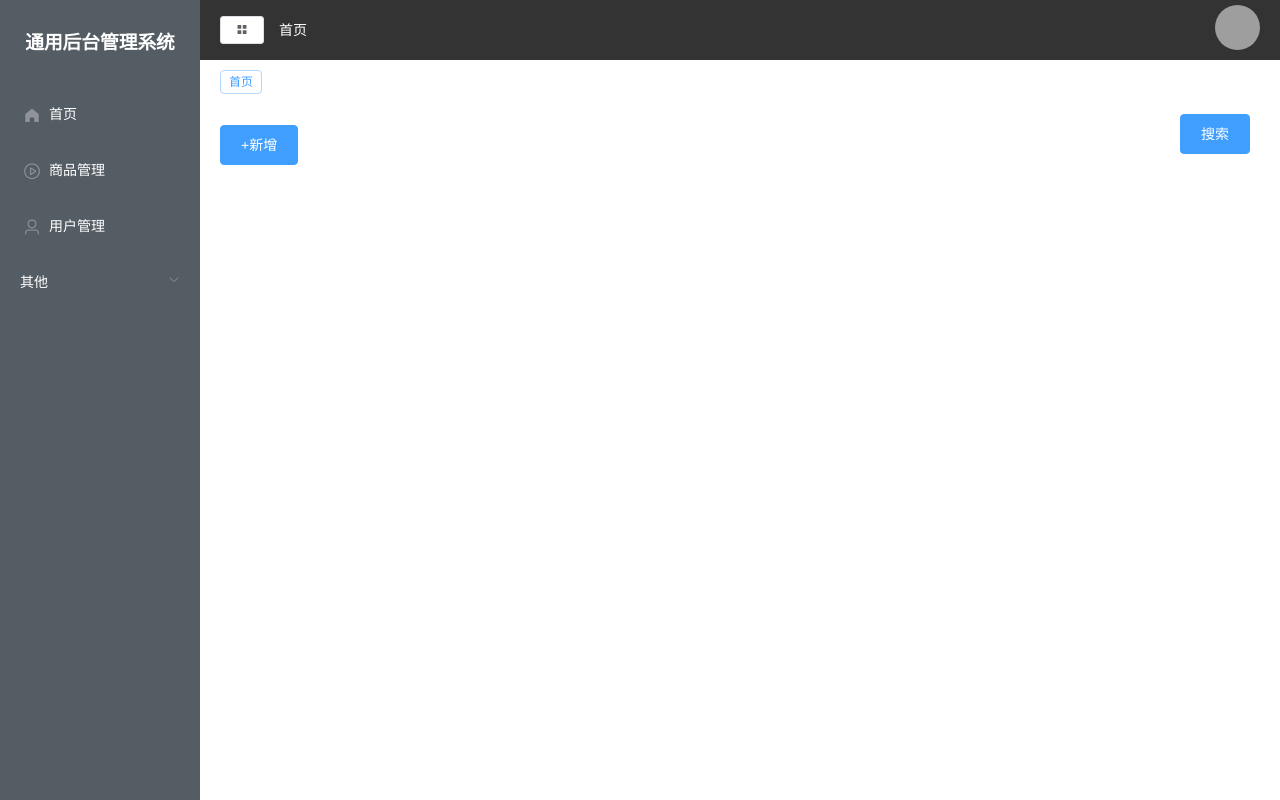
Repository: zhangwen001208/cmd
Page: /user
The author's editor kept a copy of each file at every save. The page is drawn from the files as they stood at one save, then again after the next save.
The browser window is 1280 px wide. The pictures show the whole page.
Pictures or frames that could not be fetched are drawn as grey boxes. The project was rebuilt for these pictures with package versions that can differ from the ones it lists, and the page was loaded fresh each time. Also part of the build but not shown: vue.config.js.

Above is the page before, as saved 2022-08-31 09:50:50.

After the next save:
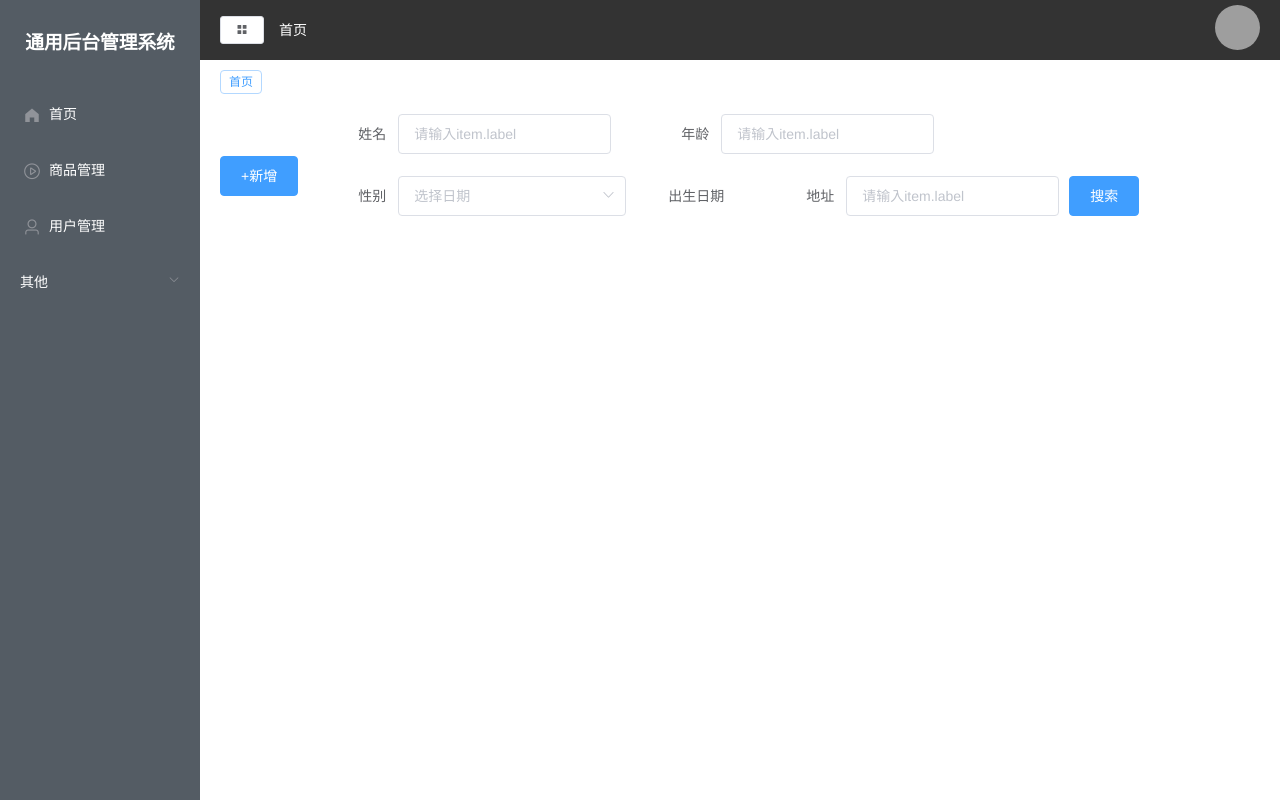
Saved 3 min 49 s later.
--- a/src/components/commonForm.vue
+++ b/src/components/commonForm.vue
@@ -2,16 +2,16 @@
 <template>
     <div>
         <el-form ref="form" label-width= '100px' :model= 'form' :inline= 'inline'>
-            <el-form-item v-for=" item in formLabel" :key="item.label" :label="item.label">
+            <el-form-item v-for=" item in opertateFormLabel" :key="item.label" :label="item.label">
                 <el-input
                 v-if = "item.type === 'input'"
                 :placeholder="'请输入' + 'item.label'"
-                :v-model="form[item.model]"
+                v-model="form[item.model]"
                 >
                 </el-input>
                 <el-switch
                  v-if = "item.type === 'switch'"
-                 :v-mode= "form[item.model]"
+                 v-mode= "form[item.model]"
                 >
                 </el-switch>
                 <el-data-picker
@@ -19,7 +19,7 @@
                 type='data'
                 value-format = 'yyyy-MM-dd'
                 placeholder="选择日期"
-                :v-mode= "form[item.model]"
+                v-mode= "form[item.model]"
                 >
                 </el-data-picker>
                 <el-select
@@ -30,7 +30,7 @@
                 v-for="item in item.opts"
                 :key="item.value"
                 :label="item.label"
-                :value="item.value"
+                value="item.value"
                 >
 
                 </el-option>
@@ -54,6 +54,52 @@
             form:Object,
             inline: Boolean
 
+        },
+        data() {
+            return {
+                opertateFormLabel: [
+                {
+                    model: 'name',
+                    label: '姓名',
+                    type: 'input'
+                },
+                {
+                    model: 'age',
+                    label: '年龄',
+                    type: 'input'
+                },
+                {
+                    model: 'sex',
+                    label: '性别',
+                    type: 'select',
+                    opts: [
+                        {
+                            label: '男',
+                            value: 1
+                        },
+                        {
+                            label: '女',
+                            value: 0
+
+                        }
+                    ]
+                },
+                {
+                    model: 'birth',
+                    label: '出生日期',
+                    type: 'date'
+                },
+                {
+                    model: 'addr',
+                    label: '地址',
+                    type: 'input'
+                }
+
+
+
+
+            ],
+            }
         }
 
     }

After the save that followed:
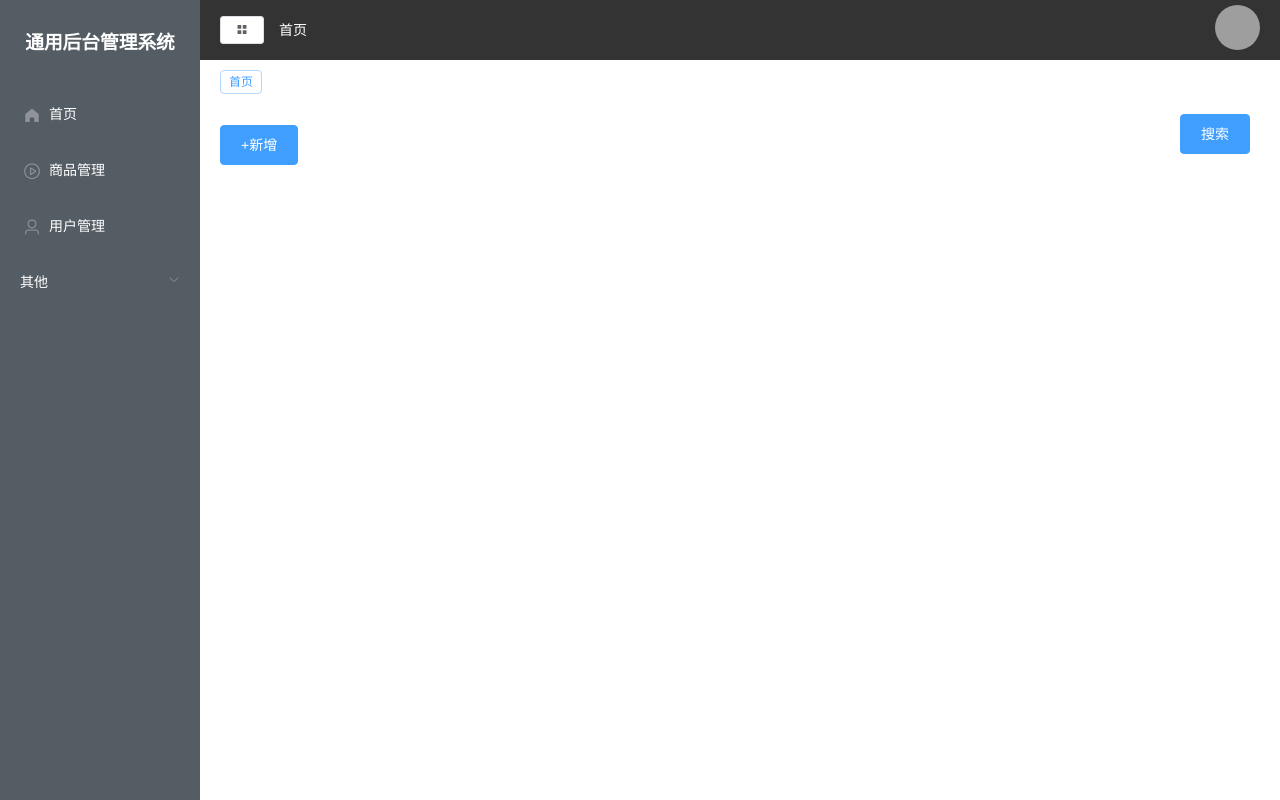
Saved 3 min 23 s later.
--- a/src/components/commonForm.vue
+++ b/src/components/commonForm.vue
@@ -2,7 +2,7 @@
 <template>
     <div>
         <el-form ref="form" label-width= '100px' :model= 'form' :inline= 'inline'>
-            <el-form-item v-for=" item in opertateFormLabel" :key="item.label" :label="item.label">
+            <el-form-item v-for=" item in formLabel" :key="item.label" :label="item.label">
                 <el-input
                 v-if = "item.type === 'input'"
                 :placeholder="'请输入' + 'item.label'"
@@ -56,50 +56,11 @@
 
         },
         data() {
-            return {
-                opertateFormLabel: [
-                {
-                    model: 'name',
-                    label: '姓名',
-                    type: 'input'
-                },
-                {
-                    model: 'age',
-                    label: '年龄',
-                    type: 'input'
-                },
-                {
-                    model: 'sex',
-                    label: '性别',
-                    type: 'select',
-                    opts: [
-                        {
-                            label: '男',
-                            value: 1
-                        },
-                        {
-                            label: '女',
-                            value: 0
+            return {}
+        },
+        create() {
+            console.log(this.FormLabel)
 
-                        }
-                    ]
-                },
-                {
-                    model: 'birth',
-                    label: '出生日期',
-                    type: 'date'
-                },
-                {
-                    model: 'addr',
-                    label: '地址',
-                    type: 'input'
-                }
-
-
-
-
-            ],
-            }
         }
 
     }
